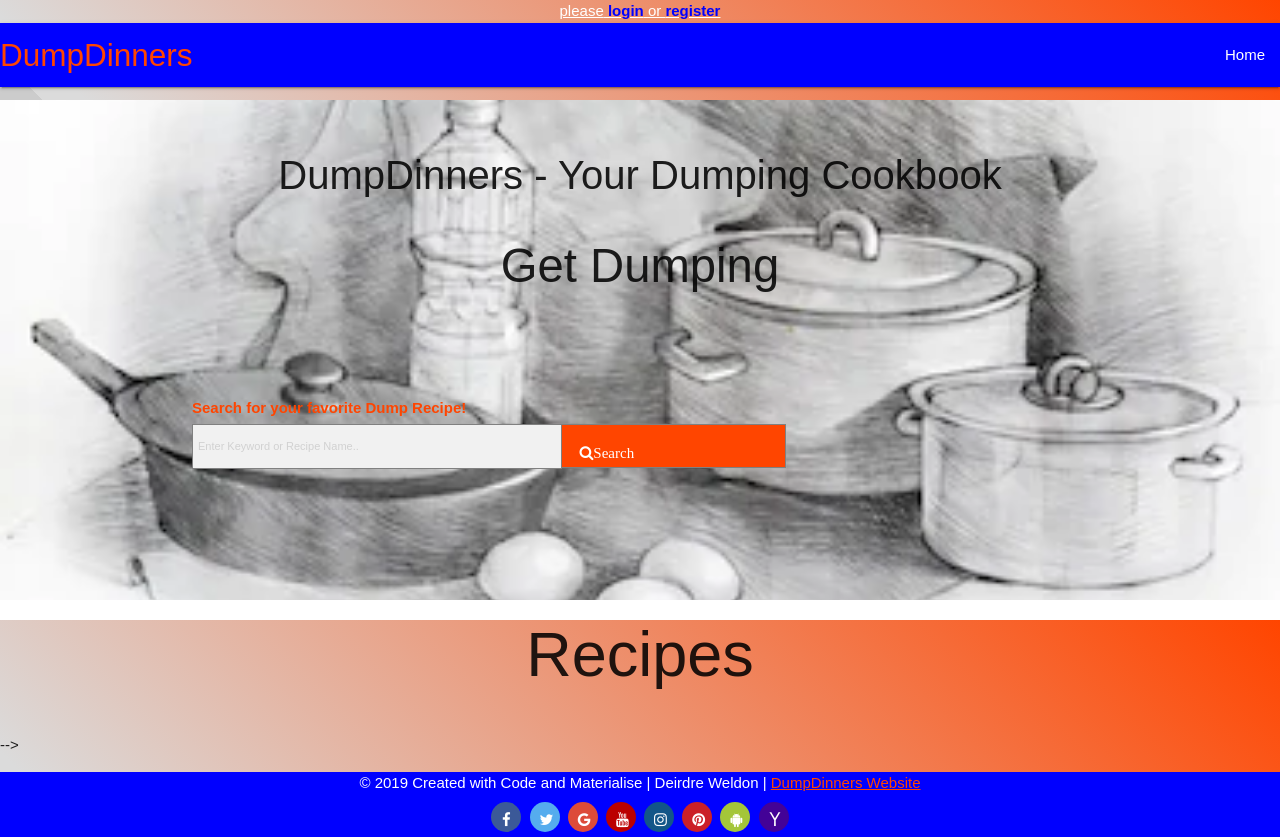
Repository: Deirdre18/dumpdinners-recipe-app
Page: http://localhost/
The author's editor kept a record of every edit. The page is drawn from the files as they stood at one moment, then again after the next edit.
The browser window is 1280 px wide. The pictures show the whole page.
Some web libraries are served in a nearby version. The page is served by the project's application, run on Flask 3 (app.py). Queries for data that is not in the repository find no rows.

Above is the page before.

After the next edit:
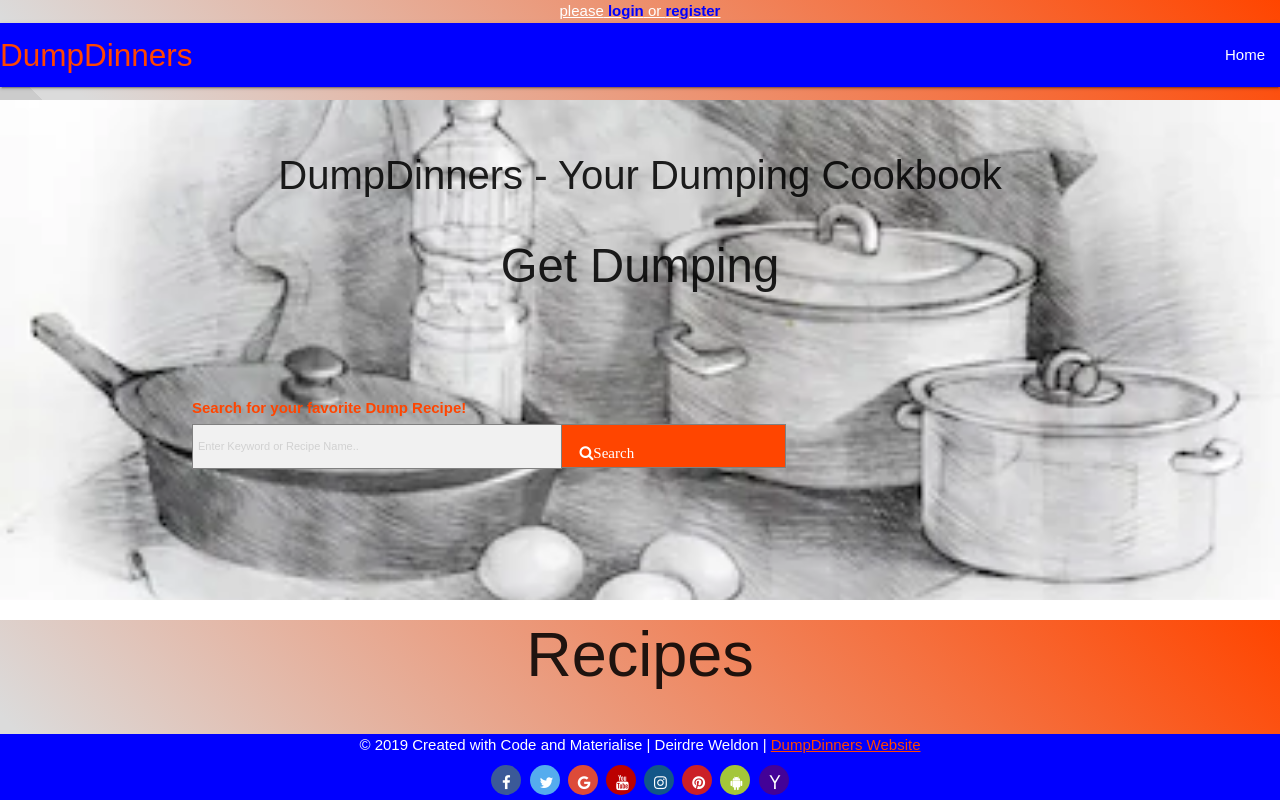
The edit:
--- a/templates/base.html
+++ b/templates/base.html
@@ -176,7 +176,7 @@
     <script src="https://ajax.googleapis.com/ajax/libs/jquery/3.4.1/jquery.min.js"></script>
     </script>
 
-    <script src="https://cdnjs.cloudflare.com/ajax/libs/jquery/3.2.1/jquery.min.js"></script>-->
+    <!--<script src="https://cdnjs.cloudflare.com/ajax/libs/jquery/3.2.1/jquery.min.js"></script>-->
     <script src="https://cdnjs.cloudflare.com/ajax/libs/materialize/0.100.2/js/materialize.min.js"></script>
 
 
